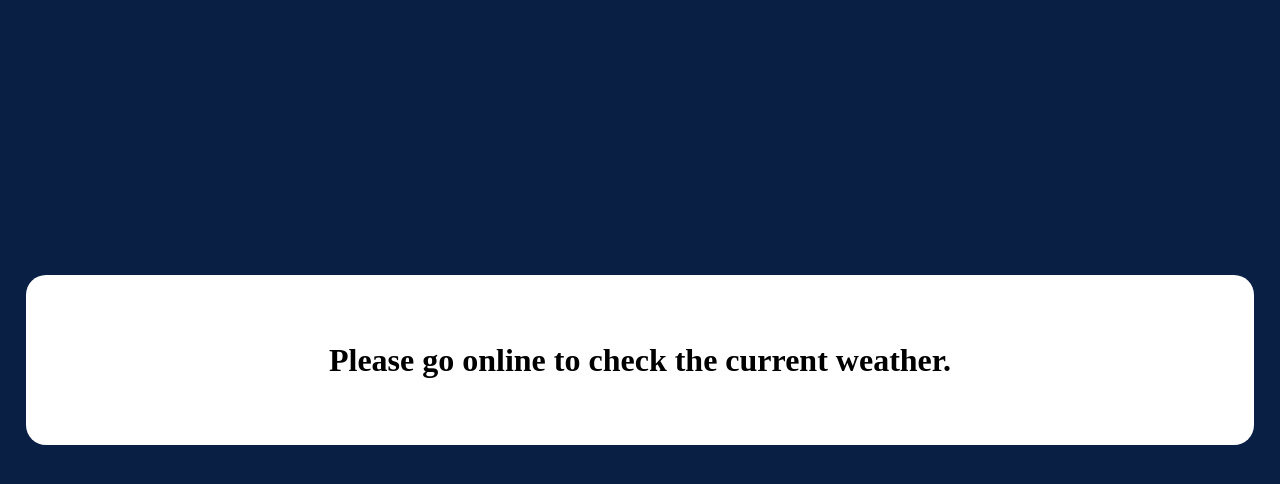
Repository: blue-hazelnut/123
Page: public/offline.html
These files come from the project's save history. The page is drawn as it stood at one moment and after the next save; the edit follows.
The browser window is 1280 px wide. The pictures show the whole page.

Above is the page before, as saved 2022-02-24 18:57:40.

After the next save:
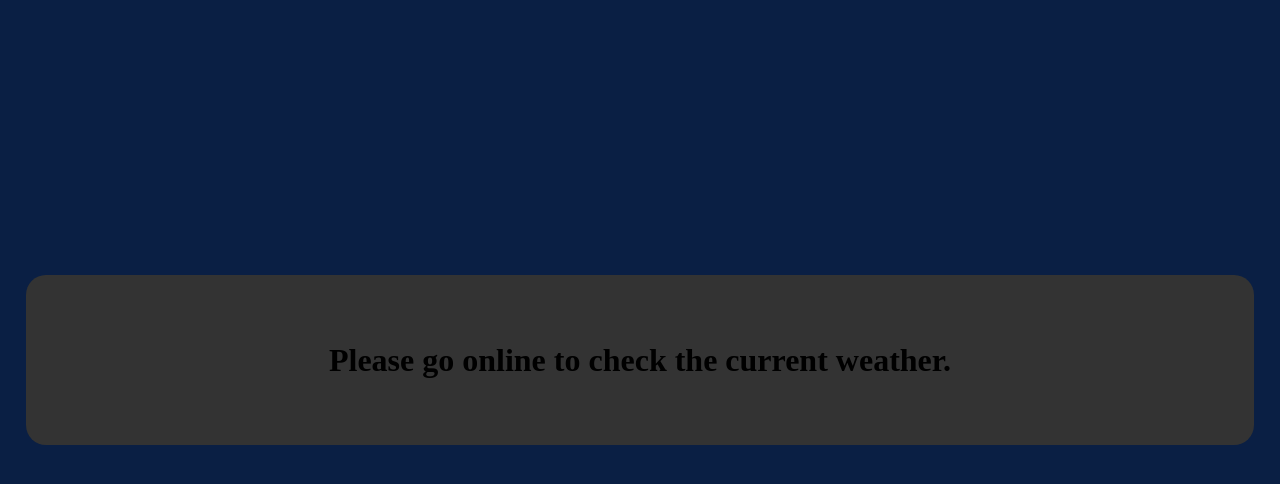
Saved 2 min 1 s later.
--- a/public/offline.html
+++ b/public/offline.html
@@ -26,7 +26,7 @@
         flex-direction: column;
         padding: 40px 8%;
         border-radius: 20px;
-        background: #fff;
+        background: #333;
       }
 
       .city-name {

After the 2 saves that followed:
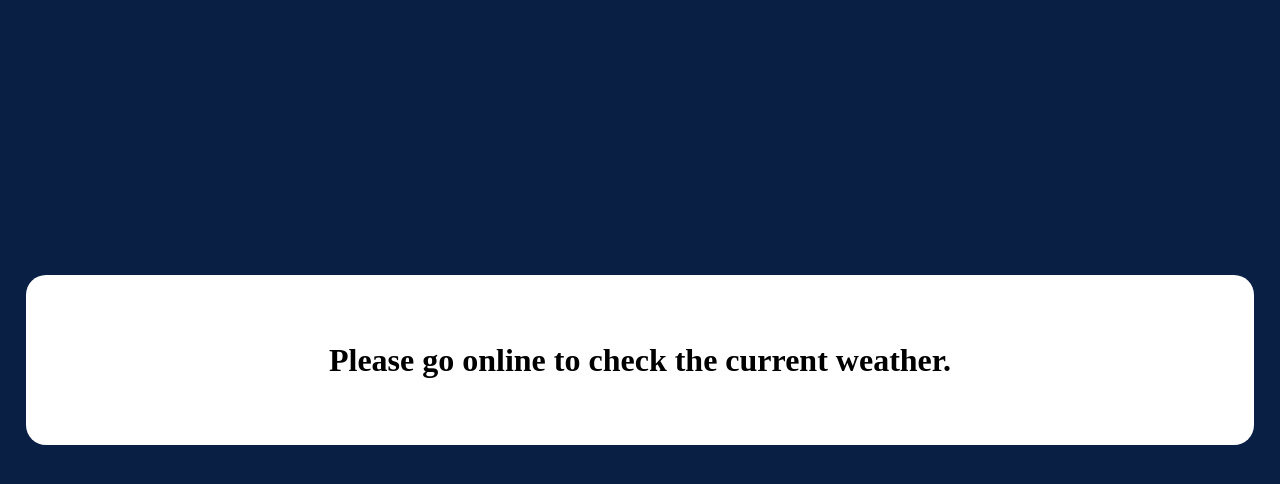
The 2 saves are shown as one change because they came seconds apart.
The last was saved 20 s later.
--- a/public/offline.html
+++ b/public/offline.html
@@ -26,7 +26,7 @@
         flex-direction: column;
         padding: 40px 8%;
         border-radius: 20px;
-        background: #333;
+        background: #fff;
       }
 
       .city-name {
